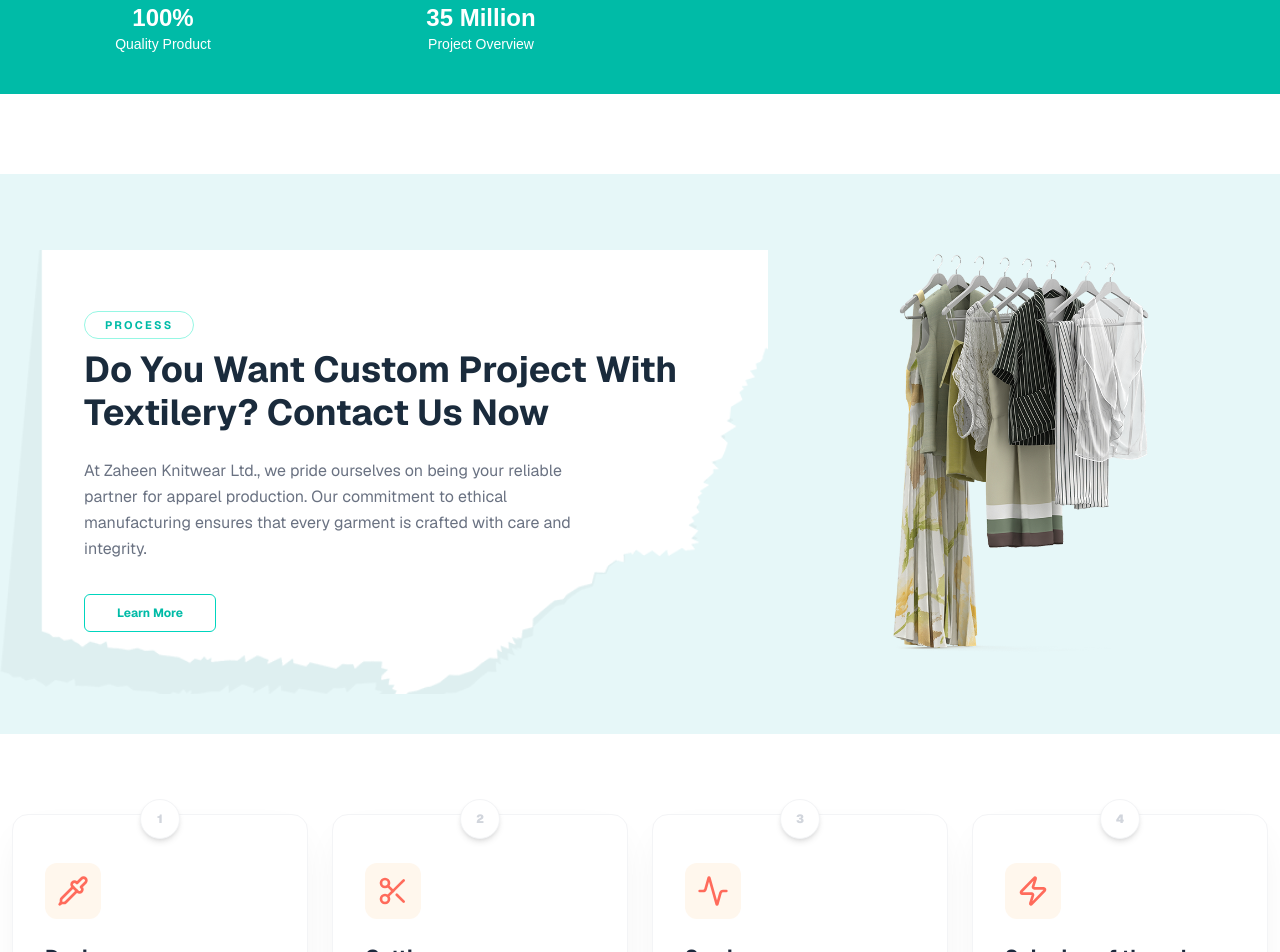
Repository: mdmuhibullahhabib/fullstack-assessment
Page: /
An editor plug-in stored every save of this project. The page is shown before and after a run of saves, followed by the edit.
The browser window is 1280 px wide. The pictures show the part of the page from y = 616 to 1568 px (the page is 3105 px tall before and 3145 px after).
The project was rebuilt for these pictures with package versions that can differ from the ones it lists, and the page was loaded fresh each time. The framework's server and built-in components were replaced by stand-ins that run in the browser. Also part of the build but not shown: next.config.mjs.

Above is the page before, as saved 2025-12-27 10:29:25.

After the next 2 saves:
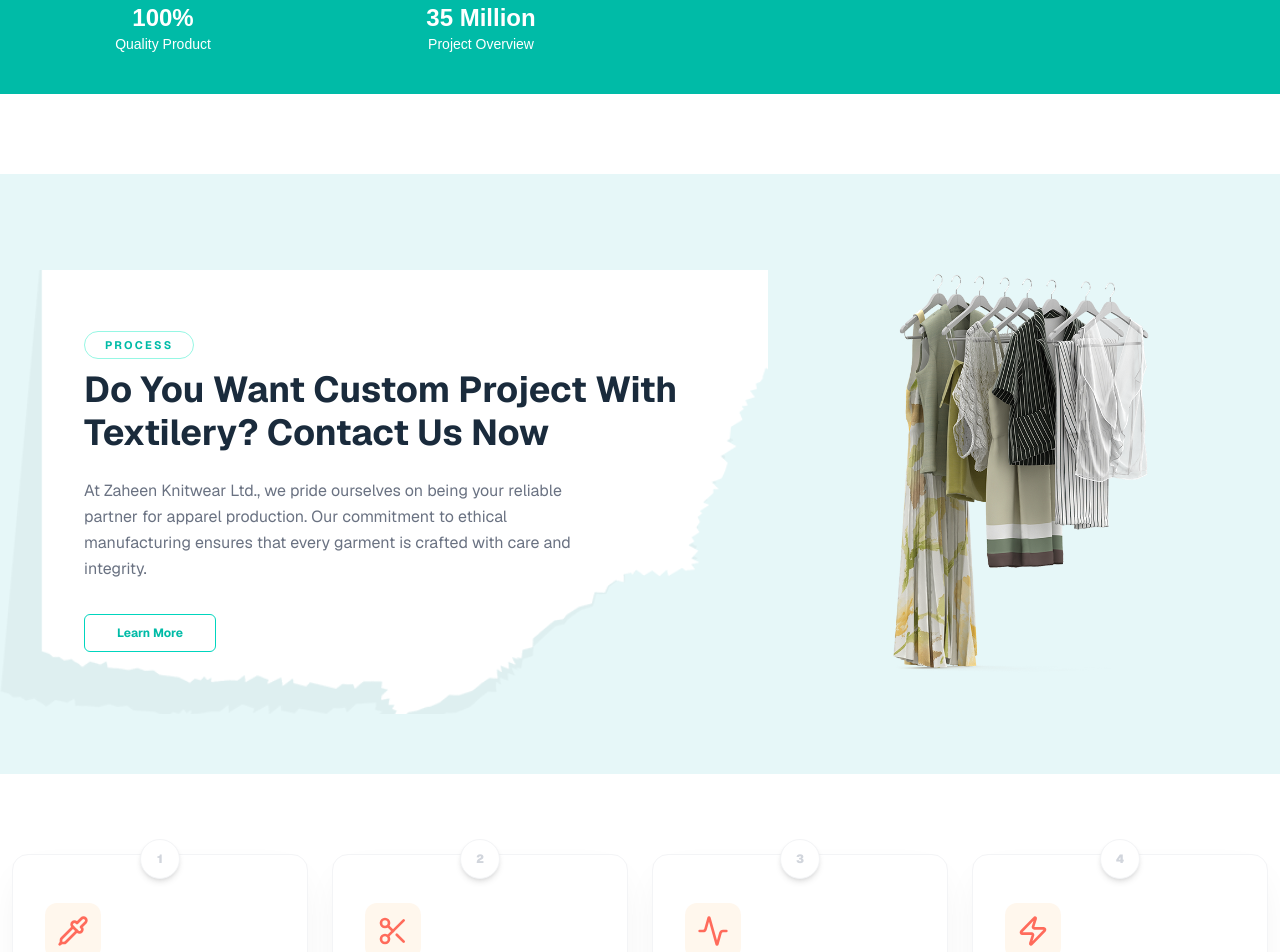
The 2 saves are shown as one change because they came seconds apart.
The last was saved 12 s later.
--- a/src/components/home/CustomProcess.jsx
+++ b/src/components/home/CustomProcess.jsx
@@ -20,7 +20,7 @@
             <div className=" mx-auto">
 
                 {/* ===== TOP SECTION ===== */}
-                <div className="relative bg-[#E6F7F8] overflow-hidden flex flex-col md:py-[40px]  md:flex-row items-stretch mb-20 ">
+                <div className="relative bg-[#E6F7F8] overflow-hidden flex flex-col md:py-[60px]  md:flex-row items-stretch mb-20 ">
 
                     {/* Left Content Box (White with bgImage and Torn Edge) */}
                     <div
